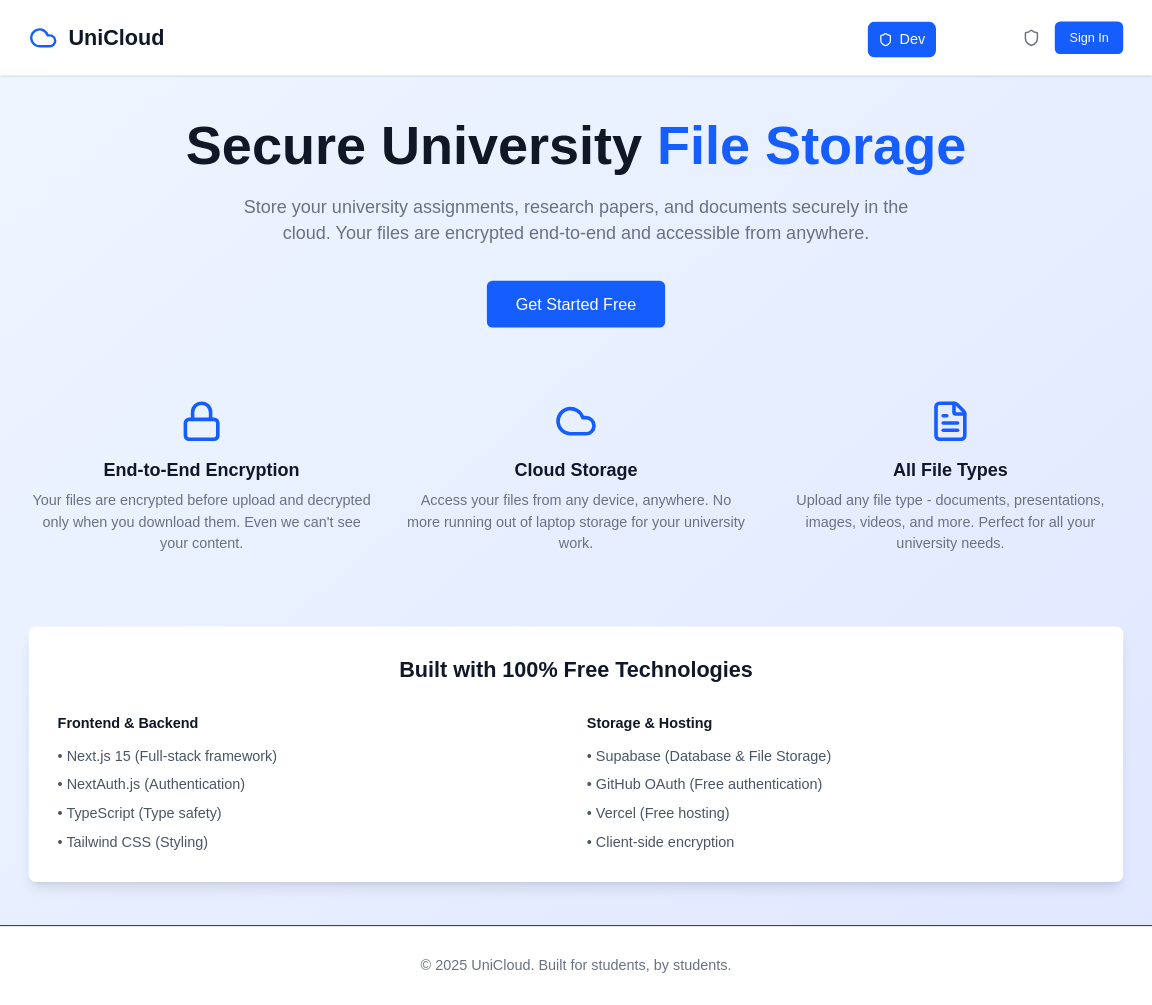
Repository: DiwanMalla/UniCloud
Page: /
These files come from the project's save history. The page is drawn as it stood at one moment and after the next save; the edit follows.
The browser window is 1280 px wide. The pictures show the whole page, at 90% of full size.
The page's requests for data from a server got no answer. The project was rebuilt for these pictures with package versions that can differ from the ones it lists, and the page was loaded fresh each time. The framework's server and built-in components were replaced by stand-ins that run in the browser. No one was signed in, and anything a server would have sent is missing. Also part of the build but not shown: next.config.ts.

Above is the page before, as saved 2025-08-31 16:02:05.

After the next save:
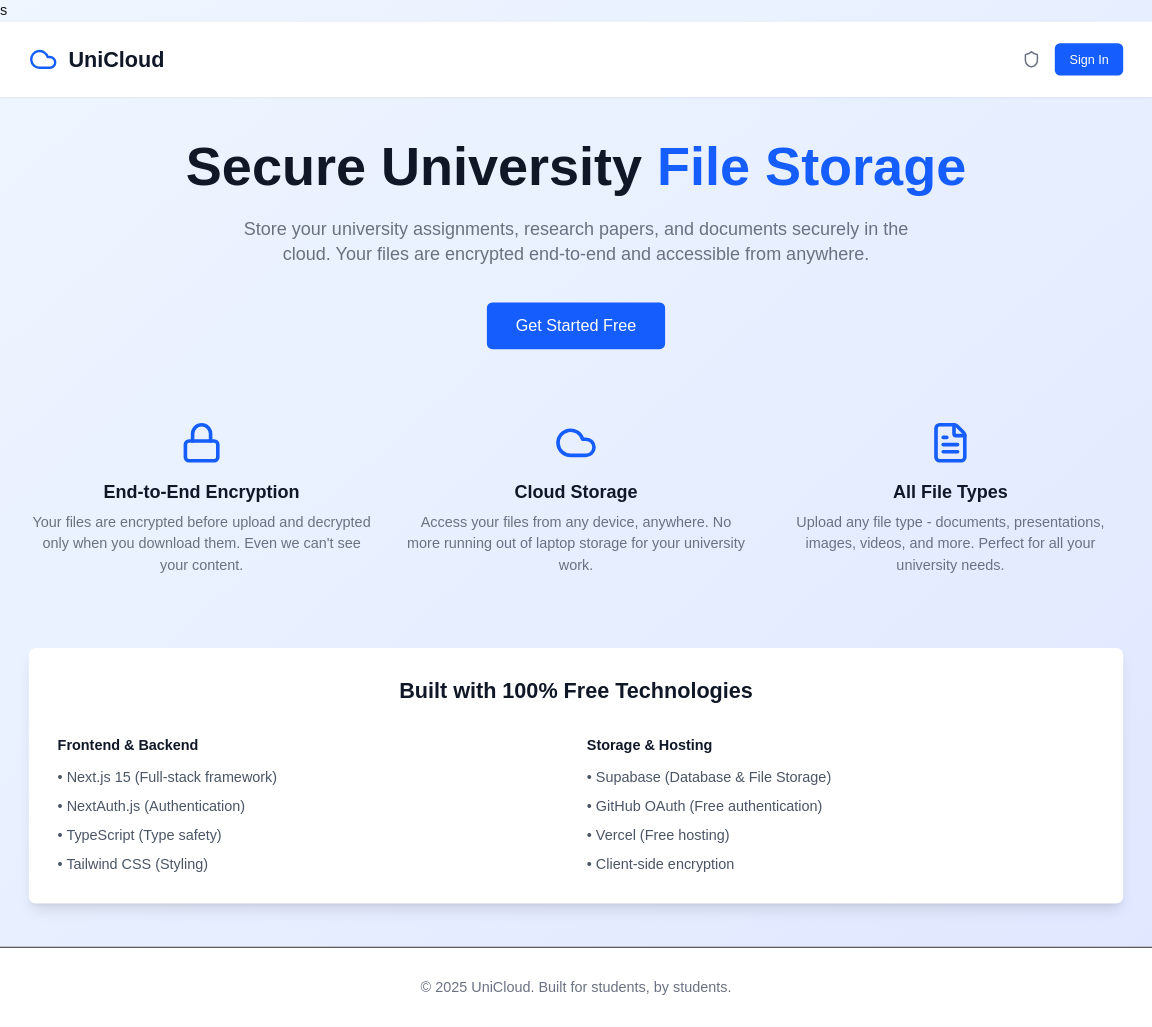
Saved 7 s later.
--- a/src/app/page.tsx
+++ b/src/app/page.tsx
@@ -34,17 +34,7 @@
 
   return (
     <div className="min-h-screen bg-gradient-to-br from-blue-50 to-indigo-100">
-      {/* Developer Button - Fixed Position */}
-      <button
-        onClick={() => setShowDeveloperModal(true)}
-        className="fixed top-6 right-60 bg-blue-600 hover:bg-blue-700 text-white px-3 py-2 rounded-lg transition-colors flex items-center gap-2 z-10"
-        title="Developer Info"
-      >
-        <Shield className="w-4 h-4" />
-        Dev
-      </button>
-
-      {/* Header */}
+      s{/* Header */}
       <header className="bg-white shadow-sm">
         <div className="max-w-7xl mx-auto px-4 sm:px-6 lg:px-8">
           <div className="flex justify-between items-center py-6">
@@ -70,7 +60,6 @@
           </div>
         </div>
       </header>
-
       {/* Hero Section */}
       <main className="max-w-7xl mx-auto px-4 sm:px-6 lg:px-8 py-12">
         <div className="text-center">
@@ -168,7 +157,6 @@
           </div>
         </div>
       </main>
-
       {/* Footer */}
       <footer className="bg-white border-t">
         <div className="max-w-7xl mx-auto px-4 sm:px-6 lg:px-8 py-8">
@@ -177,7 +165,6 @@
           </div>
         </div>
       </footer>
-
       {/* Developer Info Modal */}
       {showDeveloperModal && (
         <div className="fixed inset-0 bg-black bg-opacity-50 flex items-center justify-center z-50">

After the save that followed:
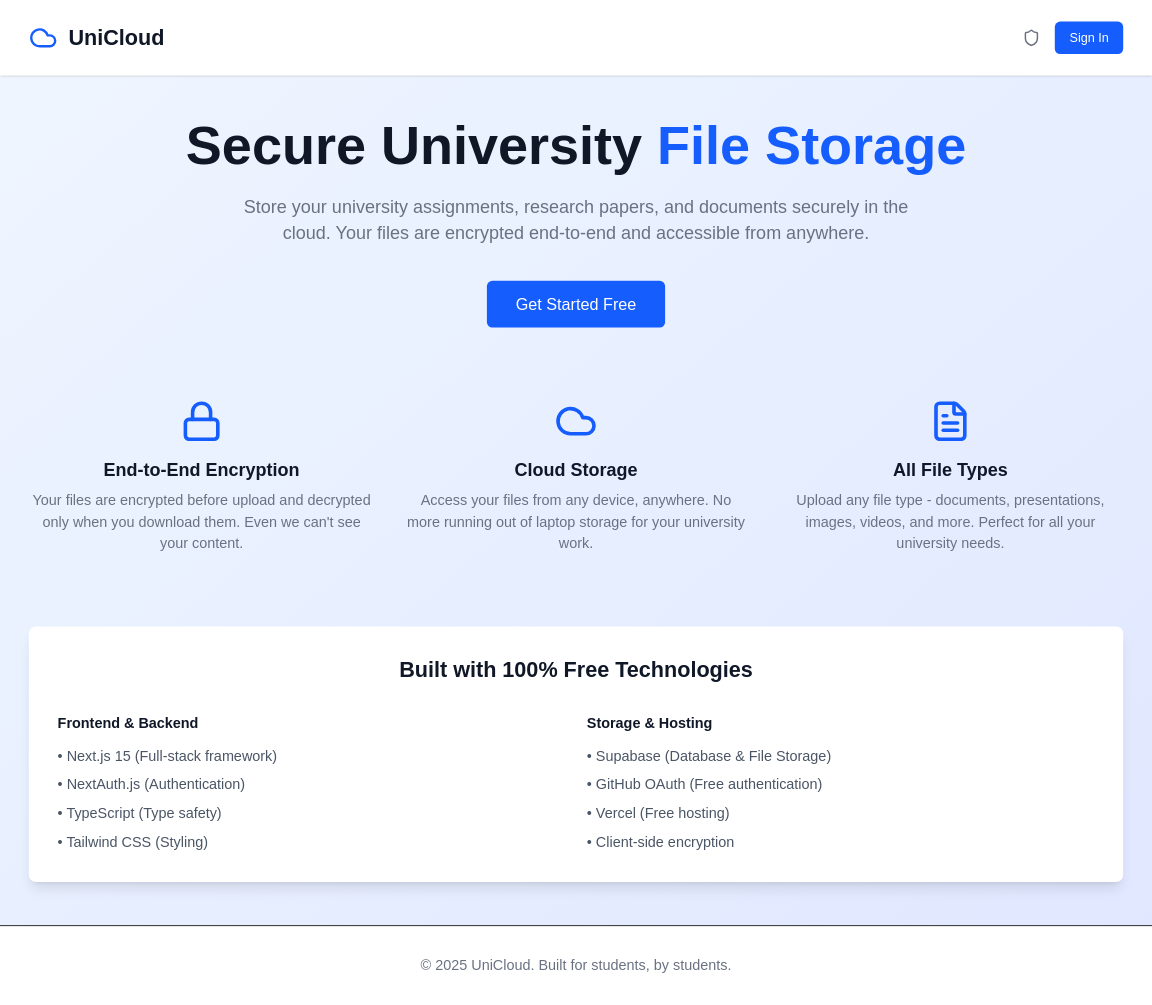
Saved 5 s later.
--- a/src/app/page.tsx
+++ b/src/app/page.tsx
@@ -34,7 +34,7 @@
 
   return (
     <div className="min-h-screen bg-gradient-to-br from-blue-50 to-indigo-100">
-      s{/* Header */}
+      {/* Header */}
       <header className="bg-white shadow-sm">
         <div className="max-w-7xl mx-auto px-4 sm:px-6 lg:px-8">
           <div className="flex justify-between items-center py-6">
@@ -60,6 +60,7 @@
           </div>
         </div>
       </header>
+
       {/* Hero Section */}
       <main className="max-w-7xl mx-auto px-4 sm:px-6 lg:px-8 py-12">
         <div className="text-center">
@@ -157,6 +158,7 @@
           </div>
         </div>
       </main>
+
       {/* Footer */}
       <footer className="bg-white border-t">
         <div className="max-w-7xl mx-auto px-4 sm:px-6 lg:px-8 py-8">
@@ -165,6 +167,7 @@
           </div>
         </div>
       </footer>
+
       {/* Developer Info Modal */}
       {showDeveloperModal && (
         <div className="fixed inset-0 bg-black bg-opacity-50 flex items-center justify-center z-50">
